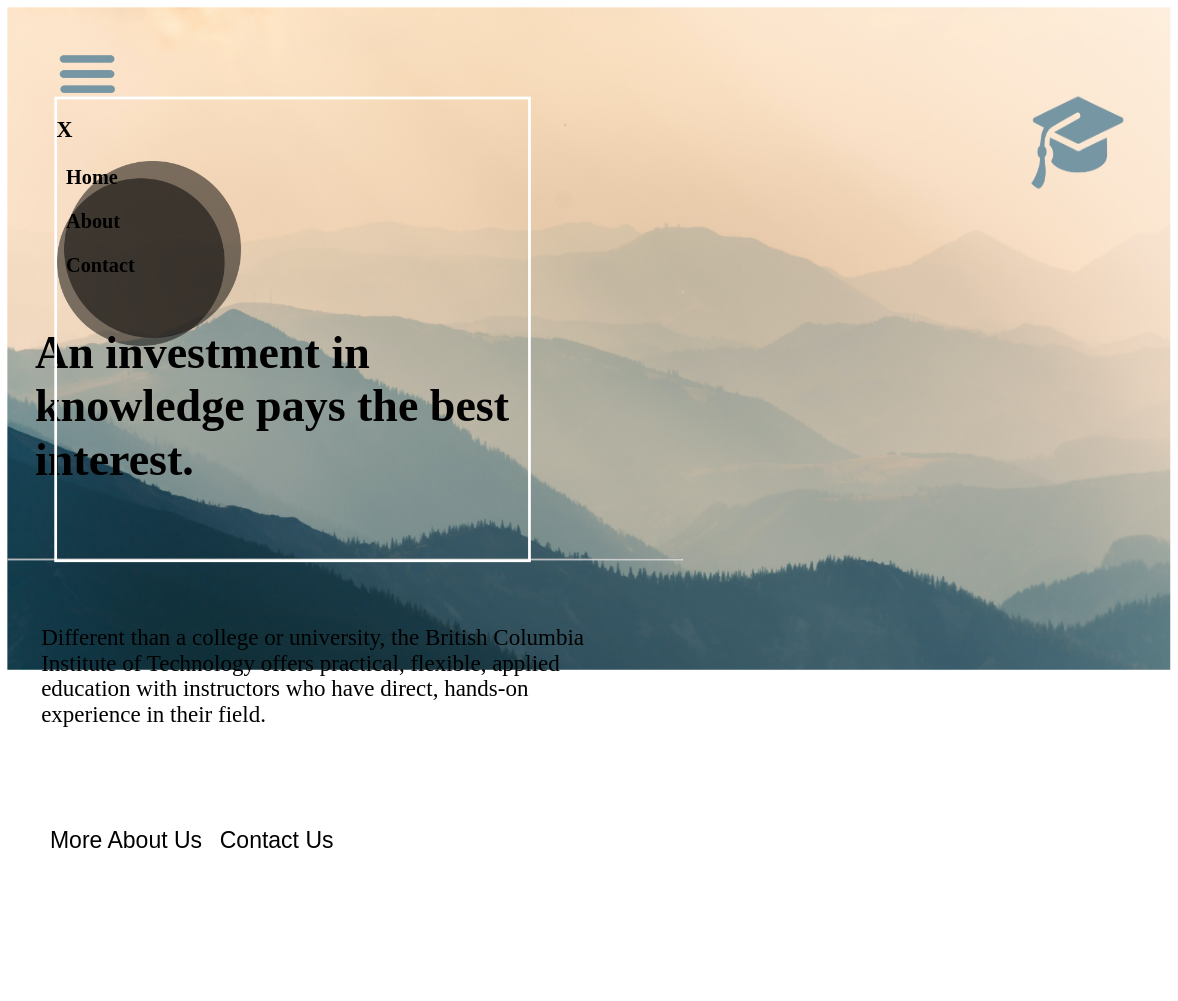
Repository: sierralaurent/MDIA2109-Assignment01
Page: /, after clicking the first element matching `button.card_21fa0_butt`
The author's editor kept a copy of each file at every save. The page is drawn from the files as they stood at one save, then again after the next save.
The browser window is 1280 px wide. The pictures show the whole page, at 92% of full size.
The project was rebuilt for these pictures with package versions that can differ from the ones it lists, and the page was loaded fresh each time. The framework's server and built-in components were replaced by stand-ins that run in the browser. Also part of the build but not shown: next.config.js.

Above is the page before, as saved 2023-02-05 16:43:02.

After the next save:
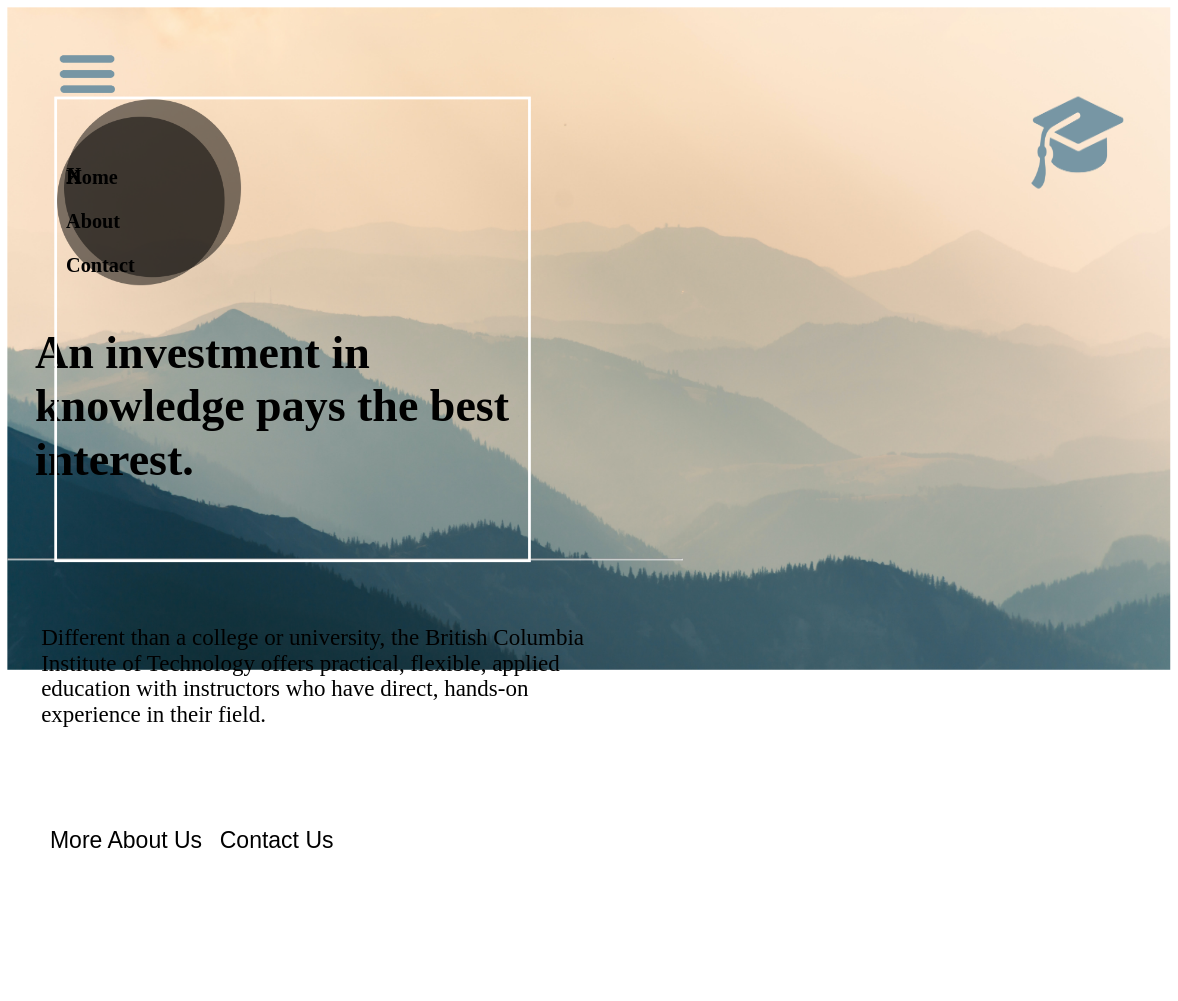
Saved 65 s later.
--- a/components/Card/index.js
+++ b/components/Card/index.js
@@ -16,7 +16,7 @@ const Card = () => {
             {
                 showPopup ? (
                     <div className={styles.menubutton}>
-                        <h1 className={styles.x} onClick={() => setShowPopup(0)}>
+                        <h1 className={styles.menu} onClick={() => setShowPopup(0)}>
                             X
                         </h1>
                         <img src="./background-images/menuBackground.png" width={200} className={styles.background}></img>

After the save that followed:
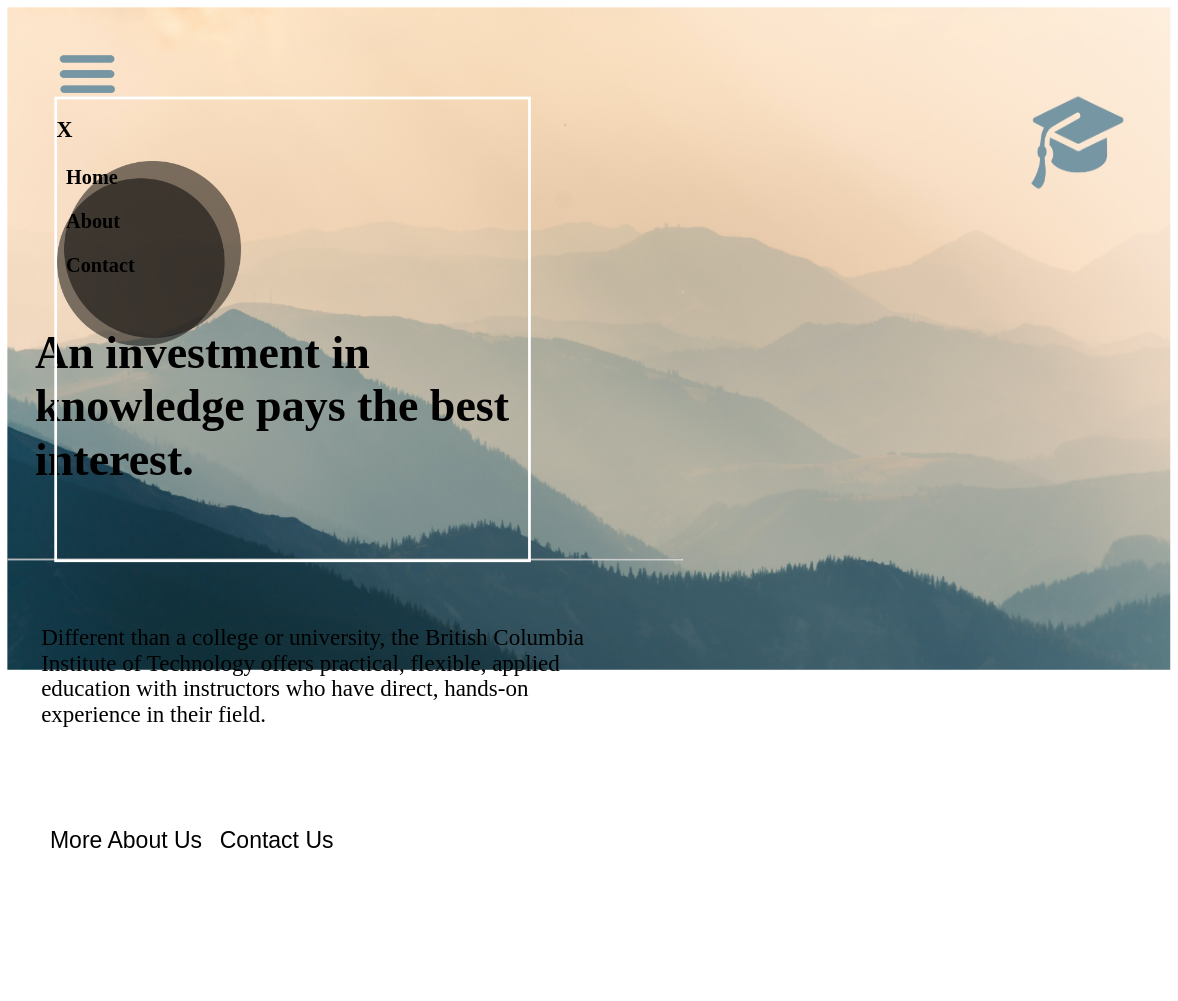
Saved 11 s later.
--- a/components/Card/index.js
+++ b/components/Card/index.js
@@ -16,7 +16,7 @@ const Card = () => {
             {
                 showPopup ? (
                     <div className={styles.menubutton}>
-                        <h1 className={styles.menu} onClick={() => setShowPopup(0)}>
+                        <h1 className={styles.x} onClick={() => setShowPopup(0)}>
                             X
                         </h1>
                         <img src="./background-images/menuBackground.png" width={200} className={styles.background}></img>
